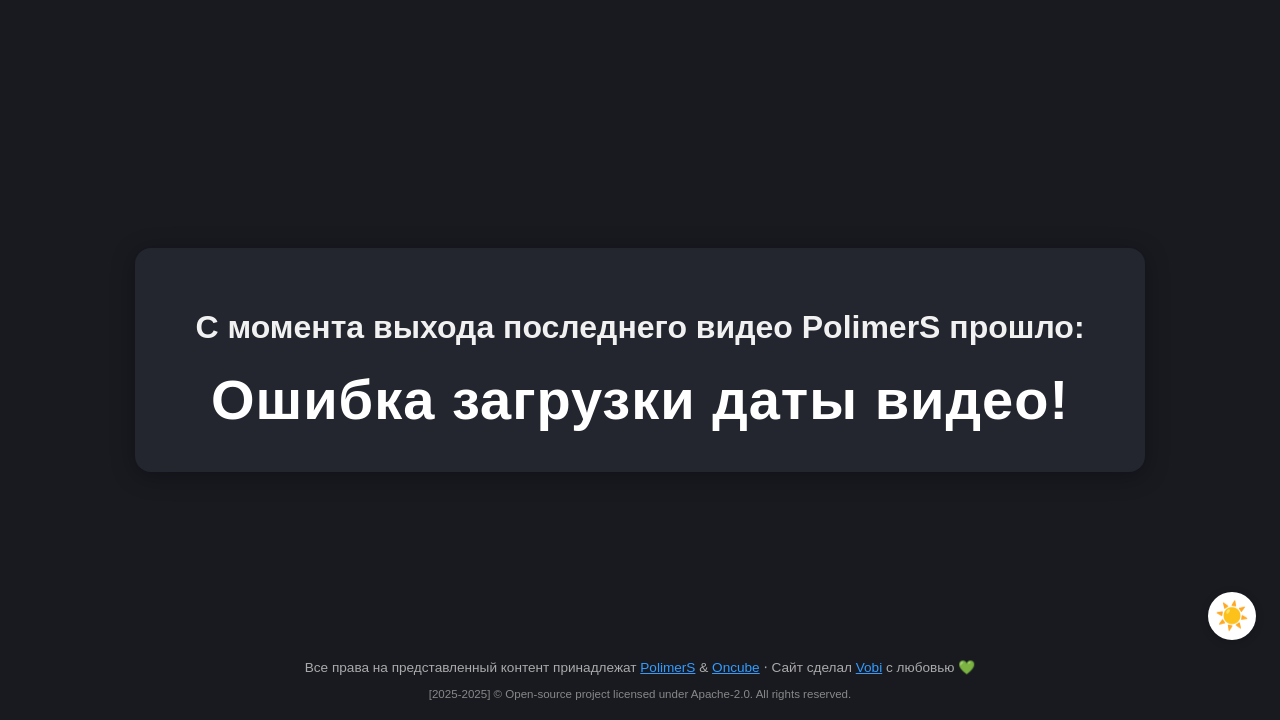
Repository: oncube-dev/OnCube-dev_website
Page: files_for_hosting/html_plus_js.version/index.html
An editor plug-in stored every save of this project. The page is shown before and after the next save, followed by the edit.
The browser window is 1280 px wide. The pictures show the whole page.
The page's requests for data from a server got no answer.

Above is the page before, as saved 2025-07-28 14:03:48.

### files_for_hosting/html_plus_js.version/index.html
<!DOCTYPE html>
<html lang="ru">
<head>
    <meta charset="UTF-8">
    <title>Полимер, когда видео?</title>
    <link rel="stylesheet" href="style.css">
    <style>
        body { transition: background 0.2s, color 0.2s; }
    </style>
</head>
<body>
    <div class="timer-container">
        <h1>С момента выхода последнего видео PolimerS прошло:</h1>
        <div id="timer">Загрузка...</div>
    </div>
    <button id="theme-toggle" class="theme-toggle-btn" title="Переключить тему">🌙</button>
    <footer class="footer-note">
        Все права на представленный контент принадлежат <a href="https://www.youtube.com/@PolimerS" target="_blank" style="text-decoration:underline;">PolimerS</a> & <a href="https://github.com/oncube-dev" target="_blank" style="text-decoration:underline;">Oncube</a> ⋅ Сайт сделал <a href="https://vobi.bio.link/" target="_blank" style="text-decoration:underline;">Vobi</a> с любовью 💚
        </div>
        <div style="font-size:0.85em; color:#888; margin-top:13px;">
            [2025-2025] © Open-source project licensed under Apache-2.0. All rights reserved.
        </div>
    </footer>
    <script>
        const API_KEY = 'AIzaSyD_5JR2KFtfjfmsiwnueCyyJkvWOh__aOI';
        const CHANNEL_ID = 'UCACwRQLU0Bq5yxijfnBPRfQ';

        let startDate = null;

        async function fetchLastVideoDate() {
            try {
                const apiUrl = `https://www.googleapis.com/youtube/v3/search?key=${API_KEY}&channelId=${CHANNEL_ID}&part=snippet,id&order=date&maxResults=1`;
                const response = await fetch(apiUrl);
                if (!response.ok) throw new Error('Ошибка запроса к YouTube API');
                const data = await response.json();
                const video = data.items && data.items[0];
                if (video && video.snippet && video.snippet.publishedAt) {
                    startDate = new Date(video.snippet.publishedAt);
                } else {
                    throw new Error('Не удалось получить дату видео');
                }
            } catch (e) {
                document.getElementById('timer').textContent = 'Ошибка загрузки даты видео!';
                console.error(e);
            }
        }


        function updateTimer() {
            if (!startDate) return;
            const now = new Date();
            let diff = now - startDate;
            if (diff < 0) diff = 0;
            let seconds = Math.floor(diff / 1000);
            const days = Math.floor(seconds / (24 * 3600));
            seconds %= 24 * 3600;
            const hours = Math.floor(seconds / 3600);
            seconds %= 3600;
            const minutes = Math.floor(seconds / 60);
            seconds %= 60;
            function plural(n, one, two, five) {
                n = Math.abs(n) % 100;
                let n1 = n % 10;
                if (n > 10 && n < 20) return five;
                if (n1 > 1 && n1 < 5) return two;
                if (n1 == 1) return one;
                return five;
            }
            const daysText = plural(days, 'день', 'дня', 'дней');
            const hoursText = plural(hours, 'час', 'часа', 'часов');
            const minutesText = plural(minutes, 'минута', 'минуты', 'минут');
            const secondsText = plural(seconds, 'секунда', 'секунды', 'секунд');
            document.getElementById('timer').textContent = `${days} ${daysText} ${hours} ${hoursText} ${minutes} ${minutesText} ${seconds} ${secondsText}`;
        }

        async function initTimer() {
            document.getElementById('timer').textContent = 'Загрузка даты видео...';
            await fetchLastVideoDate();
            if (startDate) {
                updateTimer();
                setInterval(updateTimer, 1000);
            }
        }
        initTimer();

        const toggleBtn = document.getElementById('theme-toggle');
        const darkClass = 'dark-theme';
        let themePref = localStorage.getItem('theme');
        let isDark = themePref === null ? true : themePref === 'dark';
        setTheme(isDark);
        toggleBtn.onclick = () => {
            isDark = !isDark;
            setTheme(isDark);
            localStorage.setItem('theme', isDark ? 'dark' : 'light');
        };
        function setTheme(isDark) {
            if (isDark) {
                document.body.classList.add(darkClass);
                toggleBtn.textContent = '☀️';
            } else {
                document.body.classList.remove(darkClass);
                toggleBtn.textContent = '🌙';
            }
        }
    </script>
</body>
</html>

### files_for_hosting/html_plus_js.version/style.css
body {
    background: #181a20;
    color: #f1f1f1;
    font-family: Arial, sans-serif;
    margin: 0;
    padding: 0;
    height: 100vh;
    display: flex;
    align-items: center;
    justify-content: center;
}

.timer-container {
    background: #23262f;
    padding: 40px 60px;
    border-radius: 16px;
    box-shadow: 0 4px 24px rgba(0,0,0,0.32);
    text-align: center;
    color: #f1f1f1;
}

.timer-container h1 {
    font-size: 2rem;
    font-weight: bold;
    color: #f1f1f1;
}

#timer {
    font-size: 3.5rem;
    font-weight: bold;
    margin-top: 8px;
    color: #111;
    letter-spacing: 1px;
}

.footer-note {
    font-size: 0.85rem;
    color: #aaa;
    text-align: center;
    position: fixed;
    left: 0;
    width: 100vw;
    bottom: 20px;
    margin: 0;
    z-index: 100;
    box-sizing: border-box;
}

.footer-note a {
    color: #339cff;
    text-decoration: underline;
}

.theme-toggle-btn {
    position: fixed;
    right: 24px;
    bottom: 80px;
    z-index: 200;
    background: #23262f;
    color: #ffe066;
    border: none;
    border-radius: 50%;
    width: 48px;
    height: 48px;
    font-size: 1.7rem;
    cursor: pointer;
    box-shadow: 0 2px 8px rgba(0,0,0,0.18);
    transition: background 0.2s, color 0.2s;
}
.theme-toggle-btn:hover {
    background: #ffe066;
    color: #23262f;
}

body {
    background: #f5f5f5;
    color: #23262f;
}
.timer-container {
    background: #fff;
    color: #23262f;
    box-shadow: 0 4px 24px rgba(0,0,0,0.08);
}
.timer-container h1 {
    color: #23262f;
}
#timer {
    color: #111;
}
.footer-note {
    color: #888;
}
.footer-note a {
    color: #1976d2;
}

body.dark-theme {
    background: #181a20;
    color: #f1f1f1;
}
.dark-theme .timer-container {
    background: #23262f;
    color: #f1f1f1;
    box-shadow: 0 4px 24px rgba(0,0,0,0.32);
}
.dark-theme .timer-container h1 {
    color: #f1f1f1;
}
.dark-theme #timer {
    color: #fff;
}
.dark-theme .footer-note {
    color: #aaa;
}
.dark-theme .footer-note a {
    color: #339cff;
}
.dark-theme .theme-toggle-btn {
    background: #fff;
    color: #23262f;
}
.dark-theme .theme-toggle-btn:hover {
    background: #23262f;
    color: #ffe066;
}

After the next save:
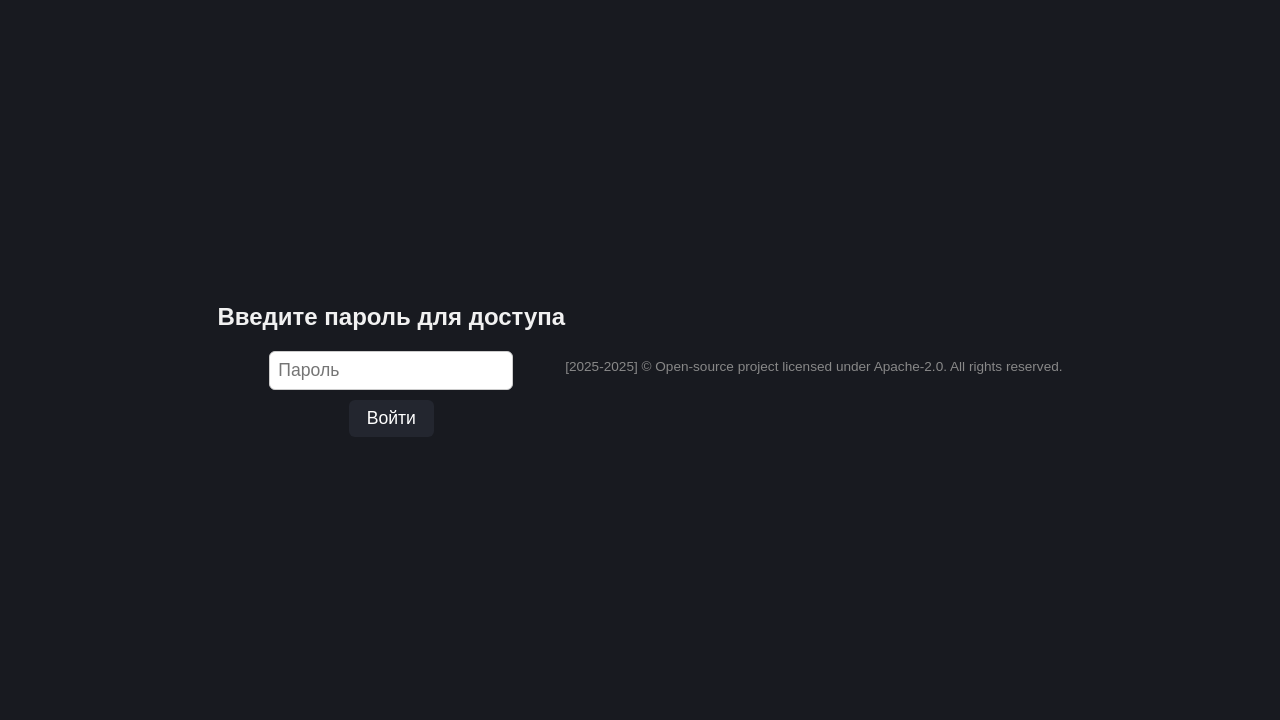
Saved 2 min 36 s later.
--- a/files_for_hosting/html_plus_js.version/index.html
+++ b/files_for_hosting/html_plus_js.version/index.html
@@ -9,18 +9,26 @@
     </style>
 </head>
 <body>
-    <div class="timer-container">
-        <h1>С момента выхода последнего видео PolimerS прошло:</h1>
-        <div id="timer">Загрузка...</div>
+    <div id="auth-container" style="display:flex; flex-direction:column; align-items:center; justify-content:center; min-height:100vh;">
+        <h2>Введите пароль для доступа</h2>
+        <input type="password" id="password-input" placeholder="Пароль" style="padding:8px; font-size:1.1em; margin-bottom:10px; border-radius:6px; border:1px solid #ccc;">
+        <button id="login-btn" style="padding:8px 18px; font-size:1.1em; border-radius:6px; border:none; background:#23262f; color:#fff; cursor:pointer;">Войти</button>
+        <div id="auth-error" style="color:#d32f2f; margin-top:10px; display:none;">Неверный пароль!</div>
     </div>
-    <button id="theme-toggle" class="theme-toggle-btn" title="Переключить тему">🌙</button>
-    <footer class="footer-note">
-        Все права на представленный контент принадлежат <a href="https://www.youtube.com/@PolimerS" target="_blank" style="text-decoration:underline;">PolimerS</a> & <a href="https://github.com/oncube-dev" target="_blank" style="text-decoration:underline;">Oncube</a> ⋅ Сайт сделал <a href="https://vobi.bio.link/" target="_blank" style="text-decoration:underline;">Vobi</a> с любовью 💚
+    <div id="main-content" style="display:none;">
+        <div class="timer-container">
+            <h1>С момента выхода последнего видео PolimerS прошло:</h1>
+            <div id="timer">Загрузка...</div>
         </div>
-        <div style="font-size:0.85em; color:#888; margin-top:13px;">
-            [2025-2025] © Open-source project licensed under Apache-2.0. All rights reserved.
-        </div>
-    </footer>
+        <button id="theme-toggle" class="theme-toggle-btn" title="Переключить тему">🌙</button>
+        <footer class="footer-note">
+            Все права на представленный контент принадлежат <a href="https://www.youtube.com/@PolimerS" target="_blank" style="text-decoration:underline;">PolimerS</a> & <a href="https://github.com/oncube-dev" target="_blank" style="text-decoration:underline;">Oncube</a> ⋅ Сайт сделал <a href="https://vobi.bio.link/" target="_blank" style="text-decoration:underline;">Vobi</a> с любовью 💚
+            </div>
+            <div style="font-size:0.85em; color:#888; margin-top:13px;">
+                [2025-2025] © Open-source project licensed under Apache-2.0. All rights reserved.
+            </div>
+        </footer>
+    </div>
     <script>
         const API_KEY = 'AIzaSyD_5JR2KFtfjfmsiwnueCyyJkvWOh__aOI';
         const CHANNEL_ID = 'UCACwRQLU0Bq5yxijfnBPRfQ';
@@ -103,5 +111,29 @@
             }
         }
     </script>
+    <script>
+        // --- ЧЕК-ИН ---
+        const AUTH_PASSWORD = 'PS';
+        const authContainer = document.getElementById('auth-container');
+        const mainContent = document.getElementById('main-content');
+        const loginBtn = document.getElementById('login-btn');
+        const passwordInput = document.getElementById('password-input');
+        const authError = document.getElementById('auth-error');
+        function tryLogin() {
+            if (passwordInput.value === AUTH_PASSWORD) {
+                authContainer.style.display = 'none';
+                mainContent.style.display = '';
+            } else {
+                authError.style.display = 'block';
+                passwordInput.value = '';
+                passwordInput.focus();
+            }
+        }
+        loginBtn.onclick = tryLogin;
+        passwordInput.addEventListener('keydown', function(e) {
+            if (e.key === 'Enter') tryLogin();
+        });
+        // --- КОНЕЦ ЧЕК-ИНА ---
+    </script>
 </body>
 </html>
